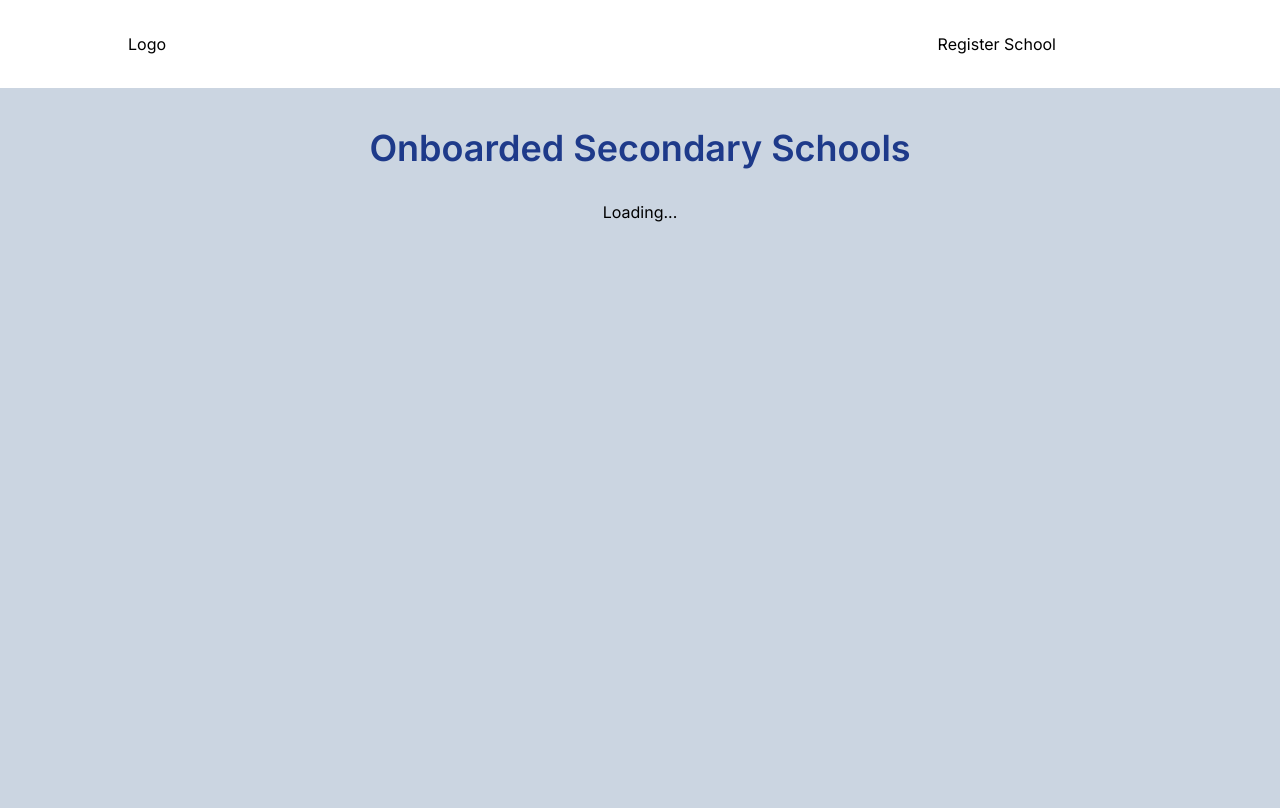
Repository: marcusdashe/fullstack-ts
Page: /
The author's editor kept a copy of each file at every save. The page is drawn from the files as they stood at one save, then again after the next save.
The browser window is 1280 px wide. The pictures show the whole page.
The page's requests for data from a server got no answer. The project was rebuilt for these pictures with package versions that can differ from the ones it lists, and the page was loaded fresh each time. The framework's server and built-in components were replaced by stand-ins that run in the browser. No one was signed in, and anything a server would have sent is missing. Also part of the build but not shown: next.config.js, app/components/SchoolCard.tsx.

Above is the page before, as saved 2023-07-28 09:49:48.

### app/layout.tsx
import "./globals.css";
import type { Metadata } from "next";
import { Inter } from "next/font/google";
import Navbar from "./components/NavBar";

const inter = Inter({
  weight: ["400", "600"],
  subsets: ["latin"],
});

export const metadata: Metadata = {
  title: "SMP",
  description: "School Management System for Secondary School",
  keywords: ["smp", "lms", "marcus"],
};

export default function RootLayout({
  children,
}: {
  children: React.ReactNode;
}) {
  return (
    <html lang="en">
      <body className={inter.className}>
        <Navbar />
        {children}
      </body>
    </html>
  );
}

### app/page.tsx
import Image from "next/image";
import React from "react";
import Head from "next/head";
import SchoolListed from "@/app/components/SchoolListed";

export default function Home() {
  return (
    <div className="bg-slate-300 min-h-screen">
      <Head>
        <title>School List</title>
        <meta name="description" content="A school management system" />
      </Head>

      <main className="container mx-auto py-10 px-4 flex flex-col items-center justify-center">
        <h1 className="text-4xl font-bold mb-8 text-blue-900">
          Onboarded Secondary Schools
        </h1>
        <SchoolListed />
      </main>
    </div>
  );
}

### app/components/NavBar.tsx
"use client";

import React from "react";
import { useRouter } from "next/router";
import Link from "next/link";
// import Logo from "./Logo";
// import { TwitterIcon, GithubIcon, LinkedInIcon } from "./Icons";
// import { motion } from "framer-motion";

type CustomLinkProps = {
  href: string;
  title: string;
  className: string | object;
};

const CustomLink = ({ href, title, className = "" }: CustomLinkProps) => {
  //   const router = useRouter();

  return (
    <Link href={href} className={`${className} relative group`}>
      {title}
      <span
        className={`h-[1px] inline-block bg-dark absolute left-0 -bottom-0.5 group-hover:w-full transition-[width] ease duration-300 ${
          "w-0" //   router.asPath === href ? "w-full" : "w-0"
        }`}
      >
        &nbsp;
      </span>
    </Link>
  );
};

const Navbar: React.FC = () => {
  return (
    <header
      className="w-full px-32 py-8 font-medium
            flex items-center justify-between sticky top-0 z-10 bg-fuscia-500"
    >
      <nav>
        <CustomLink href="/" title="Logo" className="mr-4" />
        {/* <CustomLink href="/about" title="About" className="mx-4" /> */}
      </nav>

      <nav className="flex items-center justify-center flex-wrap">
        <a href="/school" className="w-max-content mx-3">
          Register School
        </a>
        <a
          href="https://www.linkedin.com/in/marcus-dashe-15a088202"
          target={"_blank"}
          className="w-6 mx-3"
        ></a>
        <a
          href="https://www.github.com/marcusdashe"
          target={"_blank"}
          className="w-6 ml-3"
        >
          {/* <GithubIcon /> */}
        </a>
      </nav>
      <div className="absolute left-[50%] top-2 translate-x-[-50]">
        {/* <Logo /> */}
      </div>
    </header>
  );
};

export default Navbar;

### app/components/SchoolListed.tsx
"use client";

import React, { useState, useEffect } from "react";
import SchoolService, { School } from "@/app/services/api/school.service";
import SchoolCard from "@/app/components/SchoolCard";

const SchoolListed: React.FC = () => {
  const [schoolArray, setSchoolArray] = useState<School[]>([]);
  const [loading, setLoading] = useState<Boolean>(true);

  useEffect(() => {
    const fetchSchools = async () => {
      try {
        const response = await SchoolService.fetchAllSchools();
        // if (response.statusText !== "ok")
        //   throw Error("Did not receive expected data");
        console.log(response.data);
        setSchoolArray(response.data);
      } catch (error: any) {
        console.log(error.message);
      } finally {
        setLoading(false);
      }
    };
    setTimeout(() => {
      (async () => await fetchSchools())();
    }, 2000);
  }, []);
  return (
    <>
      <div className="grid grid-cols-1">
        {schoolArray.length > 0 ? (
          <>
            {schoolArray.map((school: School) => (
              <SchoolCard key={school.schoolEmail} {...school} />
            ))}
          </>
        ) : (
          <>
            <p>Loading...</p>
          </>
        )}
      </div>
    </>
  );
};

export default SchoolListed;

### app/services/api/school.service.ts
import axios, { AxiosResponse } from "axios";
import config from "../config";

export interface School {
  schoolName: string;
  schoolAddress: string;
  schoolPhoneNumber: string;
  schoolWebsite: string;
  schoolEmail: string;
  schoolLogo: string;
}

const API_URL: string = config.API_BASE_URL;

class SchoolService {
  static client = axios.create({
    baseURL: API_URL,
  });

  async registerSchool(school: School): Promise<AxiosResponse<School>> {
    const response = await SchoolService.client.post<School>(
      "/schools/create",
      school
    );
    return response;
  }

  async fetchAllSchools(): Promise<AxiosResponse<School[]>> {
    const response = await SchoolService.client.get<School[]>("/schools/all");
    return response;
  }

  async fetchSchoolById(id: number): Promise<AxiosResponse<School>> {
    const response = await SchoolService.client.get<School>(`/school/${id}`);
    return response;
  }

  async updateSchool6(
    school: School,
    id: number
  ): Promise<AxiosResponse<School>> {
    const response = await SchoolService.client.put<School>(
      `/schools/${id}`,
      school
    );
    return response;
  }

  async delSchoolById(id: number): Promise<AxiosResponse<void>> {
    const response = await SchoolService.client.delete<void>(`/schools/${id}`);
    return response;
  }

  async fetchSchoolByName(schoolName: string): Promise<AxiosResponse<School>> {
    const response = await SchoolService.client.get<School>(
      `/schools/byName/${schoolName}`
    );
    return response;
  }

  async fetchSchoolByPhoneNumber(
    phoneNumber: string
  ): Promise<AxiosResponse<School>> {
    const response = await SchoolService.client.get<School>(
      `/schools/byPhoneNumber/${phoneNumber}`
    );
    return response;
  }

  async fetchSchoolByWebsite(
    schoolWebsite: string
  ): Promise<AxiosResponse<School>> {
    const response = await SchoolService.client.get<School>(
      `/schools/byWebsite/${schoolWebsite}`
    );
    return response;
  }

  async fetchSchoolByEmail(email: string): Promise<AxiosResponse<School>> {
    const response = await SchoolService.client.get<School>(
      `/schools/byEmail/${email}`
    );
    return response;
  }
}

export default new SchoolService();

### app/services/config.ts
export default {
  API_BASE_URL:
    `${process.env.NEXT_PUBLIC_BACKEND_BASE_URL}/api-v1` ||
    "http://localhost:8000/api-v1",
};

Loaded but not shown: app/globals.css (common file); tailwind.config.js (common file)

After the next save:
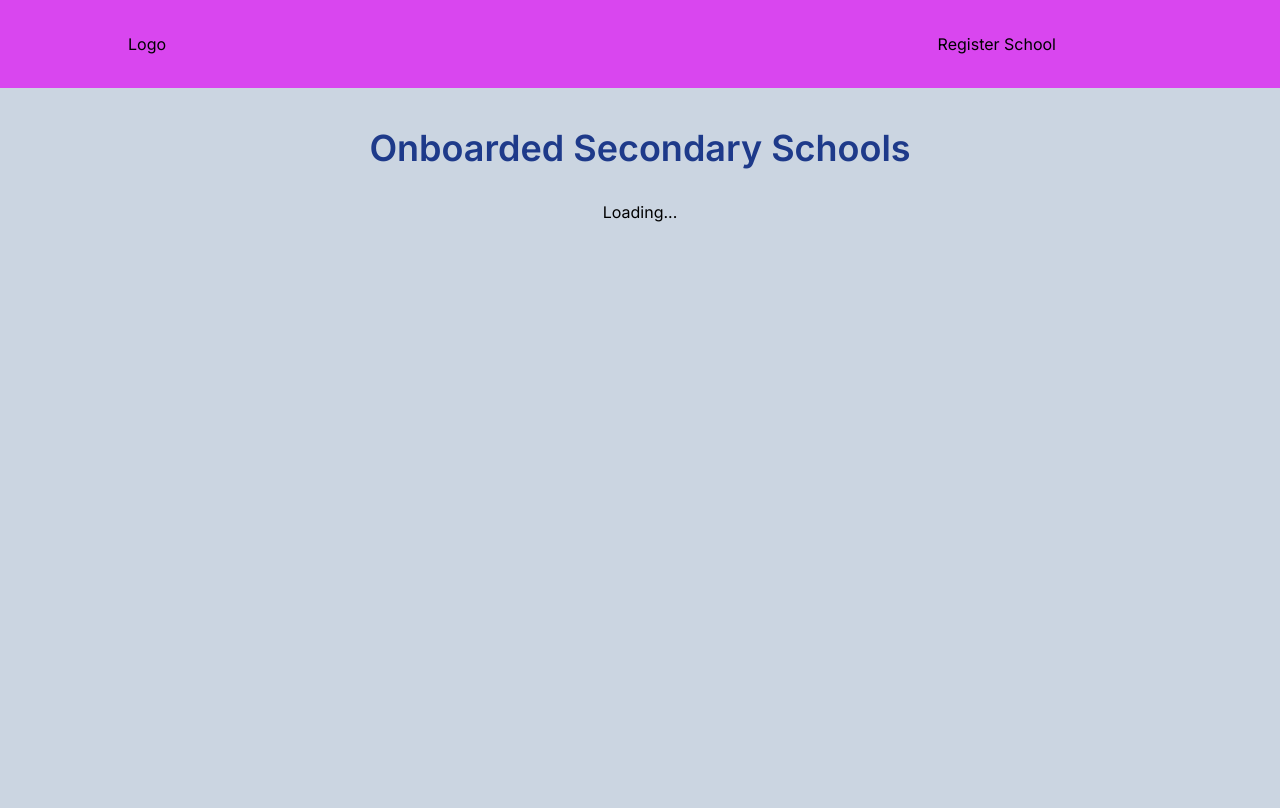
Saved 100 s later.
--- a/app/components/NavBar.tsx
+++ b/app/components/NavBar.tsx
@@ -34,7 +34,7 @@ const Navbar: React.FC = () => {
   return (
     <header
       className="w-full px-32 py-8 font-medium
-            flex items-center justify-between sticky top-0 z-10 bg-fuscia-500"
+            flex items-center justify-between sticky top-0 z-10 bg-fuchsia-500"
     >
       <nav>
         <CustomLink href="/" title="Logo" className="mr-4" />
